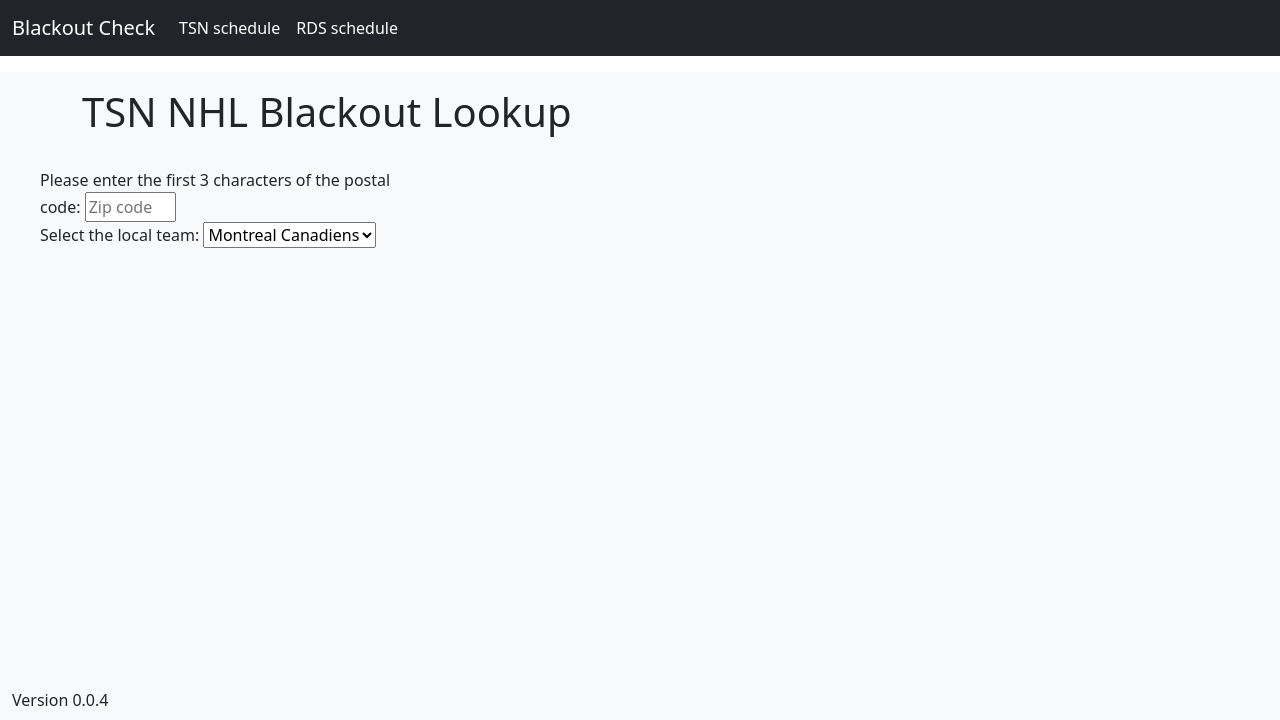
Repository: teban004/blackoutCheck
Page: index.html
These files come from the project's save history. The page is drawn as it stood at one moment and after the next save; the edit follows.
The browser window is 1280 px wide. The pictures show the whole page.

Above is the page before, as saved 2022-01-14 16:09:46.

After the next save:
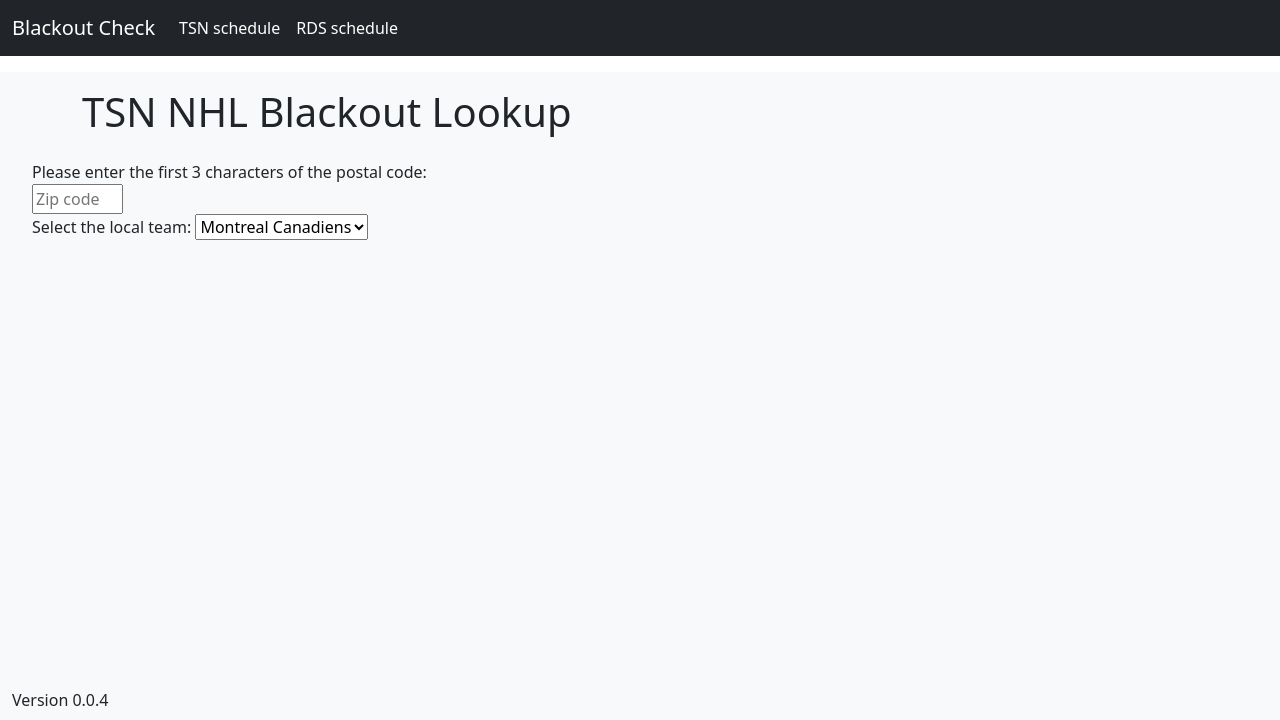
Saved 19 s later.
--- a/index.html
+++ b/index.html
@@ -43,8 +43,8 @@
 			<h1>TSN NHL Blackout Lookup</h1>
 		</div>
 		<div class="row">
-			<div class="col-md-4">
-				<div class="container p-4">
+			<div class="col-md-5">
+				<div class="container p-3">
 					Please enter the first 3 characters of the postal code: <input type="text" name="zipCode" id="zipCode" maxlength="3" size="4" placeholder="Zip code">
 					<br>Select the local team:
 					<select name="team" id="team">
